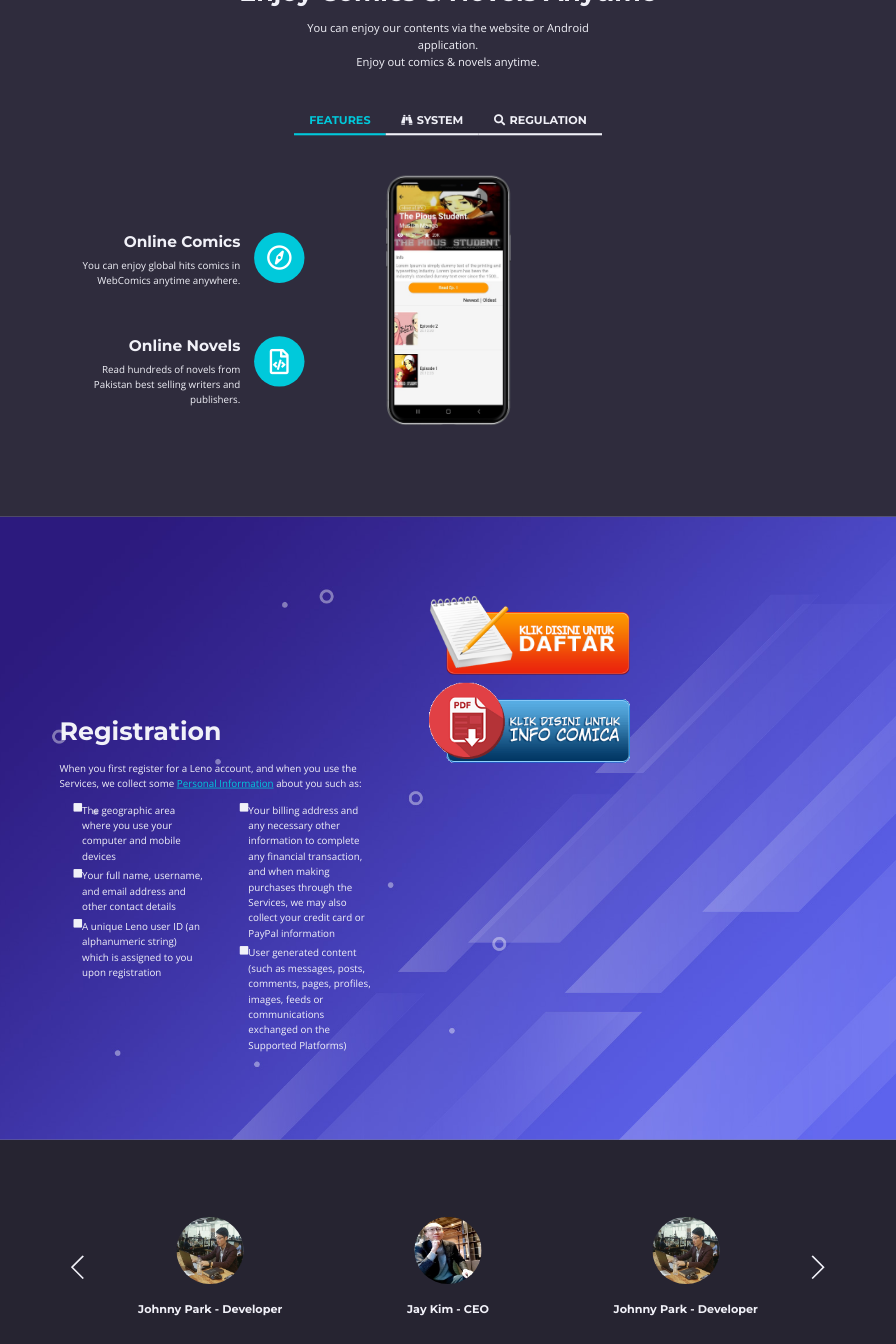
Repository: blackhat97/Homepage
Page: index.html
An editor plug-in stored every save of this project. The page is shown before and after the next save, followed by the edit.
The browser window is 1280 px wide. The pictures show the part of the page from y = 1136 to 3056 px (the page is 3970 px tall before and 3996 px after), at 70% of full size.

Above is the page before, as saved 2020-05-07 19:00:39.

After the next save:
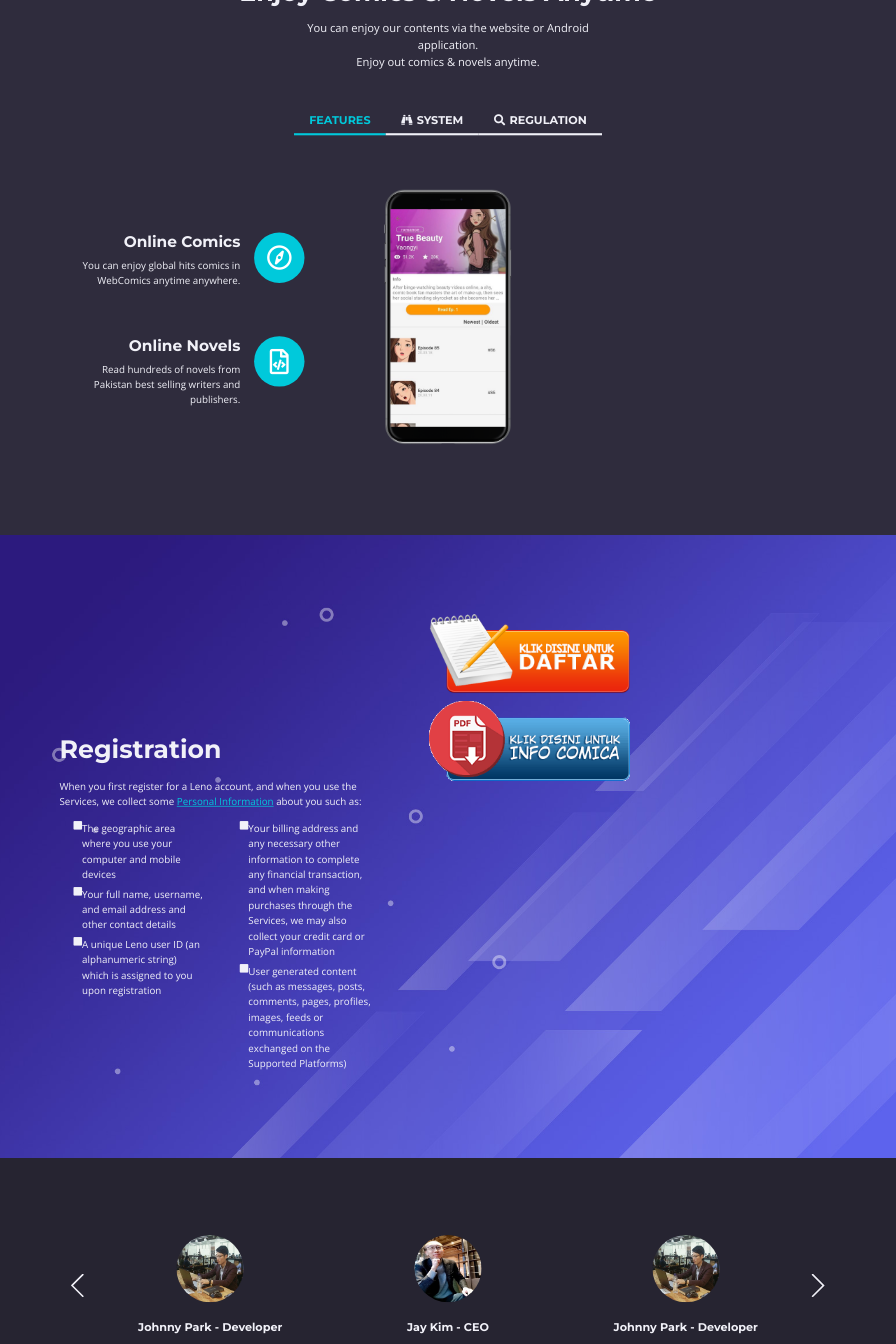
Saved 88 s later.
--- a/index.html
+++ b/index.html
@@ -80,7 +80,7 @@
             </ul>
             <span class="nav-item social-icons">
                 <span class="fa-stack">
-                    <a href="#your-link">
+                    <a href="https://www.facebook.com/Webcomicspk-101143781588958">
                         <i class="fas fa-circle fa-stack-2x"></i>
                         <i class="fab fa-facebook-f fa-stack-1x"></i>
                     </a>
@@ -194,7 +194,7 @@
 
                                 <!-- Image Pane -->
                                 <div class="col-lg-4">
-                                    <img class="img-fluid" src="images/features-iphone-1.png" alt="alternative">
+                                    <img class="img-fluid" src="images/Mockup1.png" alt="alternative">
                                 </div>
                                 <!-- end of image pane -->
 
